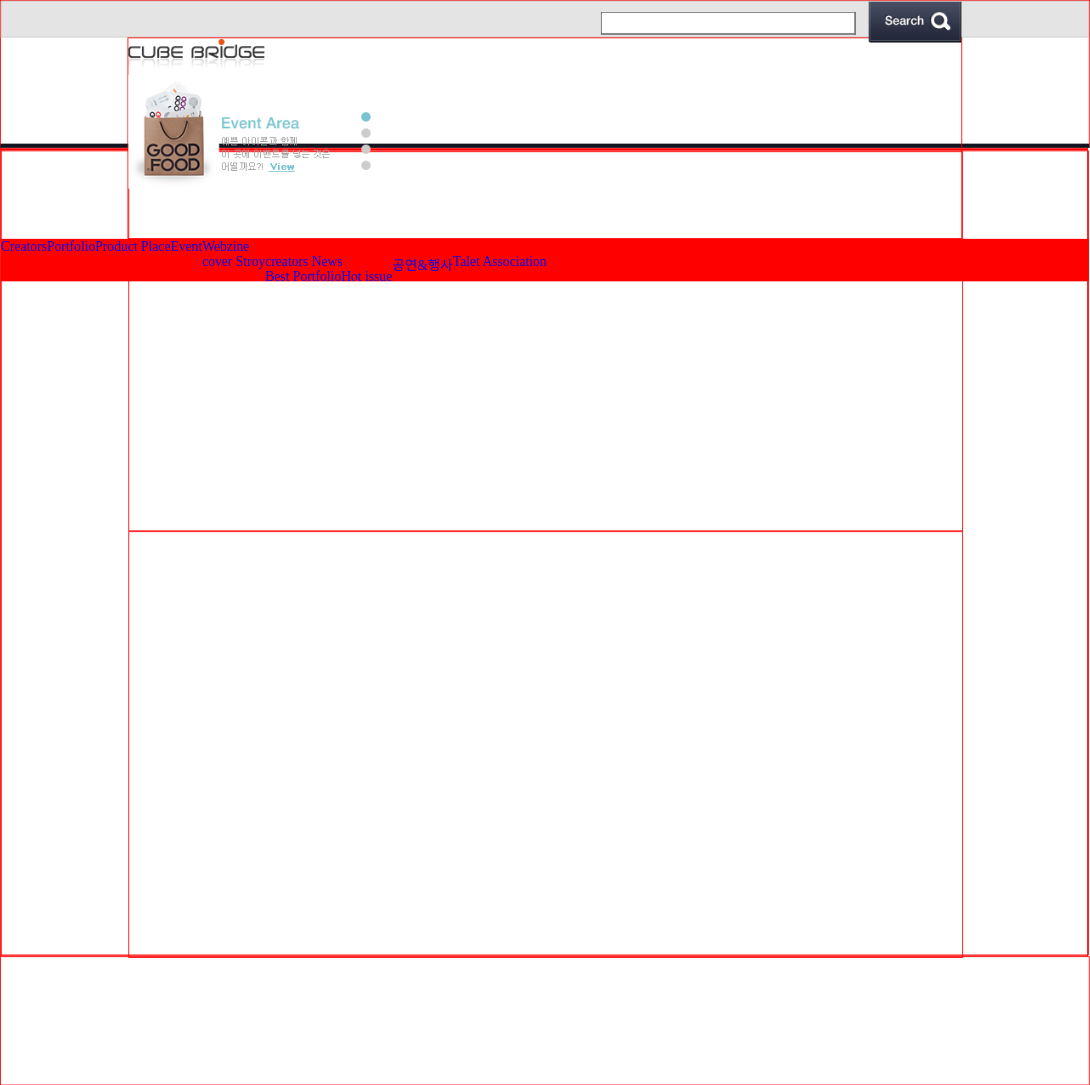
Repository: jungsoon-kim/home_study
Page: study/webzine.html
An editor plug-in stored every save of this project. The page is shown before and after the next save, followed by the edit.
The browser window is 1280 px wide. The page is 1282 px wide, so the pictures cover 1282 px, including what lies to the right of the window. The pictures show the whole page, at 85% of full size.

Above is the page before, as saved 2015-09-14 15:18:19.

### study/webzine.html
<!doctype html>
<html lang="en">
<head>
	<meta charset="UTF-8" />
	<title>Document</title>
	<link rel="stylesheet" href="common.css" />
</head>
<body>
	<div id="wrap">
		<div id="header" class="bd">
				<div class="header-top">
					<div class="wrap">
						<fieldset>
							<legend class="ir">검색하기</legend>
							<label for="search"> </label>
							<input type="text" id="search" />
							<input type="submit" value="검색하기" />
						</fieldset>
					</div><!--common wrap[ex]-->

				</div><!--header-top[ex]-->
			<div class="wrap bd">
				<h1><a href="#"><img src="images/cubebridge_logo.PNG" alt="cube bridge" /></a></h1>

				<ul class="box">
					<li><a href="#"><img src="images/eventarea-01.PNG" alt="" /></a></li>
					<li><a href="#"><img src="" alt="" /></a></li>
					<li><a href="#"><img src="" alt="" /></a></li>
					<li><a href="#"><img src="" alt="" /></a></li>
				</ul>
			</div><!--common wrap[ex]-->

				<div class="aaa">
					<ul class="lnb">
						<li><a href="#">Creators</a></li>
						<li><a href="#">Portfolio</a></li>
						<li><a href="#">Product Place</a></li>
						<li><a href="#">Event</a></li>
						<li><a href="#">Webzine</a>
							<ul class="lnb_hidden">
								<li><a href="#">cover Stroy</a></li>
								<li><a href="#">creators News</a>
									<ul class="lnb_">
										<li><a href="#">Best Portfolio</a></li>
										<li><a href="#">Hot issue</a></li>
									</ul>

								</li>
								<li><a href="#">공연&amp;행사</a></li>
								<li><a href="#">Talet Association</a></li>
							</ul>


						</li>
					</ul>
				</div>




		</div><!--header[ex]-->

		<div id="container" class="bd">

			<div id="visual" class="bd">


			</div><!--visual[ex]-->

			<div id="content" class="bd">
				<div class="wrap">
					<div class="article-top bd">

					</div><!--article-top[ex]-->

					<div class="article-down bd">

					</div><!--article-down[ex]-->

				</div><!--common wrap[ex]-->

			</div>

		</div><!--container[ex]-->

		<div id="footer" class="bd">
			<div class="wrap">


			</div><!--common wrap[ex]-->


		</div><!--footer[ex]-->


	</div><!--wrap[ex]-->


</body>
</html>

### study/common.css
*{margin: 0; padding: 0;}
ul,li {list-style-type: none;}
a {text-decoration: none;}
fieldset {border: 0 none;}
.clearfix:after {display:block; visibility:hidden; clear:both; height:0; content:'';}
.clearfix {*zoom:1;}
fieldset {border:0 none;}

.ir {width: 0; height: 0; font-size: 0; position:absolute; left:-999999px; top:-999999px; overflow:hidden;}
.bd {border:1px solid red;}
.bu {border: 1px solid blue;}
.by {border: 1px solid yellow;}
.bp { border:1px solid purple;}
.bb {border: 1px solid black;}
.bl {border:1px solid green;}

/*레이아웃*/
#wrap {width: 100%; height:auto; }
.wrap {width: 980px; margin: 0 auto;}
#header {width:100%; height:168px; border-bottom:5px #12151f solid;}
.header-top{height: 41px; background:#e4e4e4; border: 1px solid #cdcdcd;}
.header-top .wrap fieldset {float:right;}
.header-top .wrap fieldset input[type="text"] {width: 277px; height: 24px; padding:0 10px ;
 border-left: 1px solid #666; border-top: 1px solid #666; margin-right:11px; vertical-align:middle;}
.header-top .wrap fieldset input[type="submit"] {width: 109px; height: 48px; /*vertical-align:top;*/ border:0 none; background:url(images/search_box.PNG)no-repeat ; text-indent:-9999px;}
.wrap h1 {display:inline-block;}

.aaa {width:100%; height:50px; background: red;}
.lnb {width:980; margin:0 auto;}
.lnb li {float:left;}







#contaier {width: 100%; height:1280px;}
.visual {width: 100%; height: 335px;}
#content {width: 100%; height: 945px;}
.article-top {width: 980px; height:445px;}
.article-down {width: 980px; height:500px;}
#footer {width: 100%; height:150px}

After the next save:
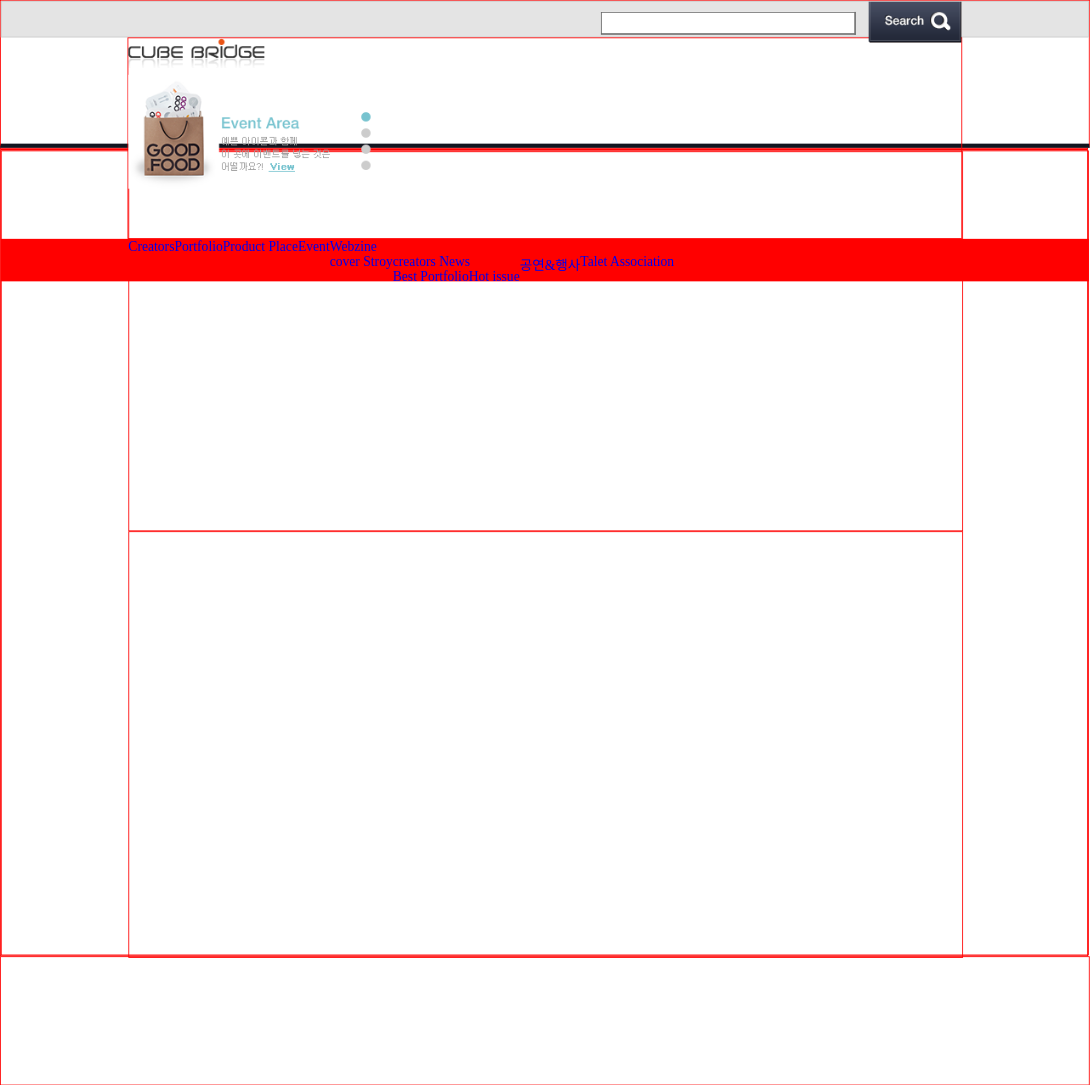
Saved 52 s later.
--- a/study/common.css
+++ b/study/common.css
@@ -26,7 +26,7 @@ fieldset {border:0 none;}
 .wrap h1 {display:inline-block;}
 
 .aaa {width:100%; height:50px; background: red;}
-.lnb {width:980; margin:0 auto;}
+.lnb {width:980px; margin:0 auto;}
 .lnb li {float:left;}
 
 
